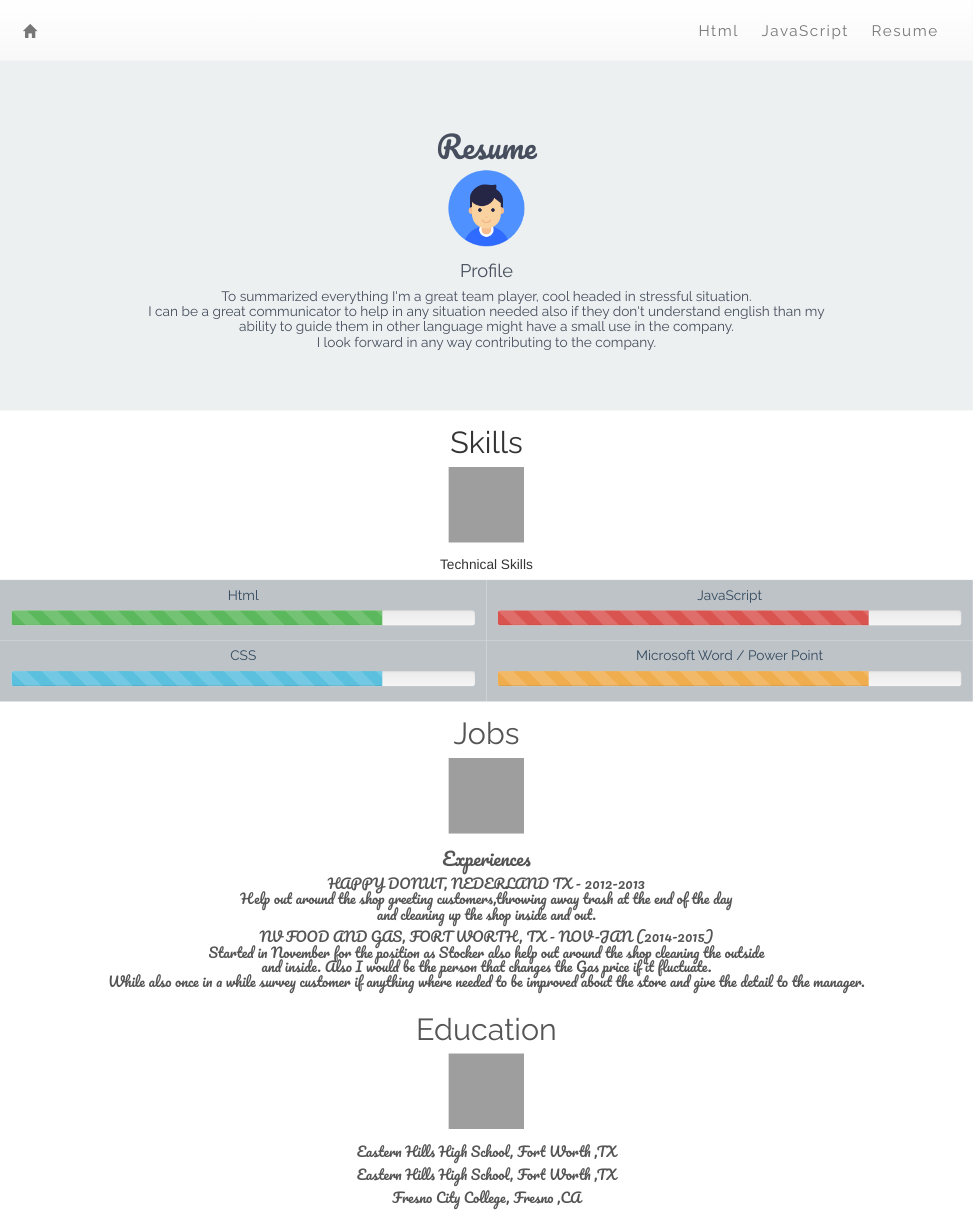
Repository: Milineam6162/workspace
Page: Resume/resume.html
The author's editor kept a record of every edit. The page is drawn from the files as they stood at one moment, then again after the next edit.
The browser window is 1280 px wide. The pictures show the whole page, at 76% of full size.
Pictures or frames that could not be fetched are drawn as grey boxes. Some web libraries are served in a nearby version.

Above is the page before.

### Resume/resume.html
<!DOCTYPE html>
<html>
    <head>
        <title>Home</title>
        <script src="https://ajax.googleapis.com/ajax/libs/jquery/2.1.4/jquery.min.js"></script>
        <link rel="stylesheet" href="resume.css" type="text/css" />
        <link rel="stylesheet" href="https://maxcdn.bootstrapcdn.com/bootstrap/3.3.6/css/bootstrap.min.css" integrity="sha384-1q8mTJOASx8j1Au+a5WDVnPi2lkFfwwEAa8hDDdjZlpLegxhjVME1fgjWPGmkzs7" crossorigin="anonymous">
        <link rel="stylesheet" href="http://maxcdn.bootstrapcdn.com/bootstrap/3.3.5/css/bootstrap.min.css">
        <link rel="stylesheet" href="https://maxcdn.bootstrapcdn.com/bootstrap/3.3.6/css/bootstrap-theme.min.css" integrity="sha384-fLW2N01lMqjakBkx3l/M9EahuwpSfeNvV63J5ezn3uZzapT0u7EYsXMjQV+0En5r" crossorigin="anonymous">
       <link href='https://fonts.googleapis.com/css?family=Raleway' rel='stylesheet' type='text/css'>
        <link href='https://fonts.googleapis.com/css?family=Pacifico' rel='stylesheet' type='text/css'>
        <link href="http://fonts.googleapis.com/css?family=Montserrat" rel="stylesheet">
        <script src="https://maxcdn.bootstrapcdn.com/bootstrap/3.3.6/js/bootstrap.min.js" integrity="sha384-0mSbJDEHialfmuBBQP6A4Qrprq5OVfW37PRR3j5ELqxss1yVqOtnepnHVP9aJ7xS" crossorigin="anonymous"></script>
        <meta name="viewport" content="width=device-width, initial-scale=1">
    </head>
    <body>
        <nav class="nav navbar-default" >
            <div class="container-fluid">
                <div class="navbar-header">
                    <button type="button" class="navbar-toggle" data-toggle="collapse" data-target="#myNavbar">
                        <span class="icon-bar"></span>
                        <span class="icon-bar"></span>
                        <span class="icon-bar"></span>
                    </button>
                    <a class="navbar-brand glyphicon glyphicon-home" href="#"></a>
                </div>
                <div class="collapse navbar-collapse navbar-right" id="myNavbar">
                        <ul class="nav navbar-nav">
                            <li><a href="../Htm/Htm.html">Html</a></li>
                            <li><a href="../Java/java.html">JavaScript</a></li>
                            <li><a href="../Resume/resume.html">Resume</a></li>
                        </ul>
                    </div>
            </div>
        </nav>
<!-- Body Text Content -->
        <div class="container-fluid bg-1 text-center">
          <h2 class="Title">Resume</h2>
          <img class="icons" src="../Img/Icons/person.png" class="img-responsive img-circle " style="display:inline" alt="person" width="100" height="100">
          <h3>Profile</h3>
          <h4 class="">To summarized everything I'm a great team player, cool headed in stressful situation.<br />
          I can be a great communicator to help in any situation needed also if they don't understand english than my <br />
          ability to guide them in other language might have a small use in the company. <br />
          I look forward in any way contributing to the company.
        </div>
        <div class="container-fluid bg-2 text-center">
          <h2 class="title2">Skills</h2>
          <img class="icons" src="https://cdn1.iconfinder.com/data/icons/finance-items/512/idea_lightbulb_light_bulb_creative_concept_solution_creativity_flat_design_icon-512.png" class="img-responsive img-circle " style="display:inline" alt="person" width="100" height="100">
          <h3></h3>
          <h4 class="">Technical Skills</h4>

         <div class="row">
          <div class="col-md-6">
              <h4 class="bartext"> Html </h4>
          <div class="progress">
              <div class="progress-bar progress-bar-success progress-bar-striped" role="progressbar" aria-valuenow="40" aria-valuemin="0" aria-valuemax="100" style="width: 80%">
                <span class="sr-only">80% Complete (success)</span>
              </div>
            </div>
            </div>
             <div class="col-md-6">
              <h4 class="bartext"> JavaScript </h4>
          <div class="progress">
              <div class="progress-bar progress-bar-danger progress-bar-striped" role="progressbar" aria-valuenow="40" aria-valuemin="0" aria-valuemax="100" style="width: 80%">
                <span class="sr-only">80% Complete (success)</span>
              </div>
            </div>
            </div>
        </div>
        <div class="row">
          <div class="col-md-6">
              <h4 class="bartext"> CSS </h4>
          <div class="progress">
              <div class="progress-bar progress-bar-info progress-bar-striped" role="progressbar" aria-valuenow="40" aria-valuemin="0" aria-valuemax="100" style="width: 80%">
                <span class="sr-only">80% Complete (success)</span>
              </div>
            </div>
            </div>
            <div class="col-md-6">
              <h4 class="bartext"> Microsoft Word / Power Point </h4>
          <div class="progress">
              <div class="progress-bar progress-bar-warning progress-bar-striped" role="progressbar" aria-valuenow="40" aria-valuemin="0" aria-valuemax="100" style="width: 80%">
                <span class="sr-only">80% Complete (success)</span>
              </div>
            </div>
            </div>
        </div>
          </div>
        <div class="container-fluid bg-3 text-center">
          <h2 class="title2">Jobs</h2>
          <img class="icons" src="https://cdn4.iconfinder.com/data/icons/marketing-and-business-flat-icons/512/briefcase_work_documents_marketing_business_flat_icon_symbol-512.png" class="img-responsive img-circle " style="display:inline" alt="person" width="100" height="100">
          <h3>Experiences</h3>
          <h4 class="">HAPPY DONUT, NEDERLAND TX - 2012-2013 <br />
                       Help out around the shop greeting customers,throwing away trash at the end of the day <br />
                       and cleaning up the shop inside and out.
          </h4>
          <h4>
              NV FOOD AND GAS, FORT WORTH, TX - NOV-JAN (2014-2015) <br />
              Started in November for the position as Stocker also help out around the shop cleaning the outside <br />
              and inside. Also I would be the person that changes the Gas price if it fluctuate. <br />While also once in a while survey customer if anything where needed to be improved about the store and give the detail to the manager.
          </h4>
        </div>
                <div class="container-fluid bg-3 text-center">
          <h2 class="title2">Education</h2>
          <img class="icons" src="http://www.ernestogbustamante.com/wp-content/uploads/2015/05/Case-Study1.png" class="img-responsive img-circle " style="display:inline" alt="person" width="100" height="100">
          <h3></h3>
          <h4 class="">Eastern Hills High School, Fort Worth ,TX</h4>
          <h4 class="">Eastern Hills High School, Fort Worth ,TX</h4>
          <h4 class="">Fresno City College, Fresno ,CA</h4>
        </div>
    </body>
</html>

### Resume/resume.css
.navbar-default {
    padding-top: 15px;
    padding-bottom: 15px;
    border: 0;
    border-radius: 0;
    margin-bottom: 0;
    font-size: 20px;
    letter-spacing: 2px;
    color: #1abc9c;
    font-family:'Raleway', 'helvetica';
  }
.navbar-nav  li a:hover {
      color: #1abc9c !important;
  }
body {
      font-family:'Raleway', 'helvetica';
      font-size:20px;
      line-height: 1.8;
      color: #f5f6f7;
}
.icons{
        transition-duration: 0.8s;
    transition-property: transform;
    overflow:hidden;
}
.bg-1 {
      background-color: #ecf0f1; /* Green */
      color: #474e5d;
       padding-top: 70px;
      padding-bottom: 70px;
      font-family:'Raleway', 'helvetica';
}
.col-md-6 {
      background-color: #bdc3c7; /* Dark Blue */
      color: #34495e;
      font-family:'Raleway', 'helvetica';

}
.bg-3 {
      background-color: #ffffff; /* White */
      color: #555555;
      font-family:'Pacifico', 'helvetica';
 }
.Title {
    font-family:'Pacifico','helvetica' ;
    font-size:40px;
}
.gif{
    border-radius:10%;
    width:400px;
}
.title2 {
    font-family:'Raleway','helvetica' ;
    font-size:40px;
}

After the next edit:
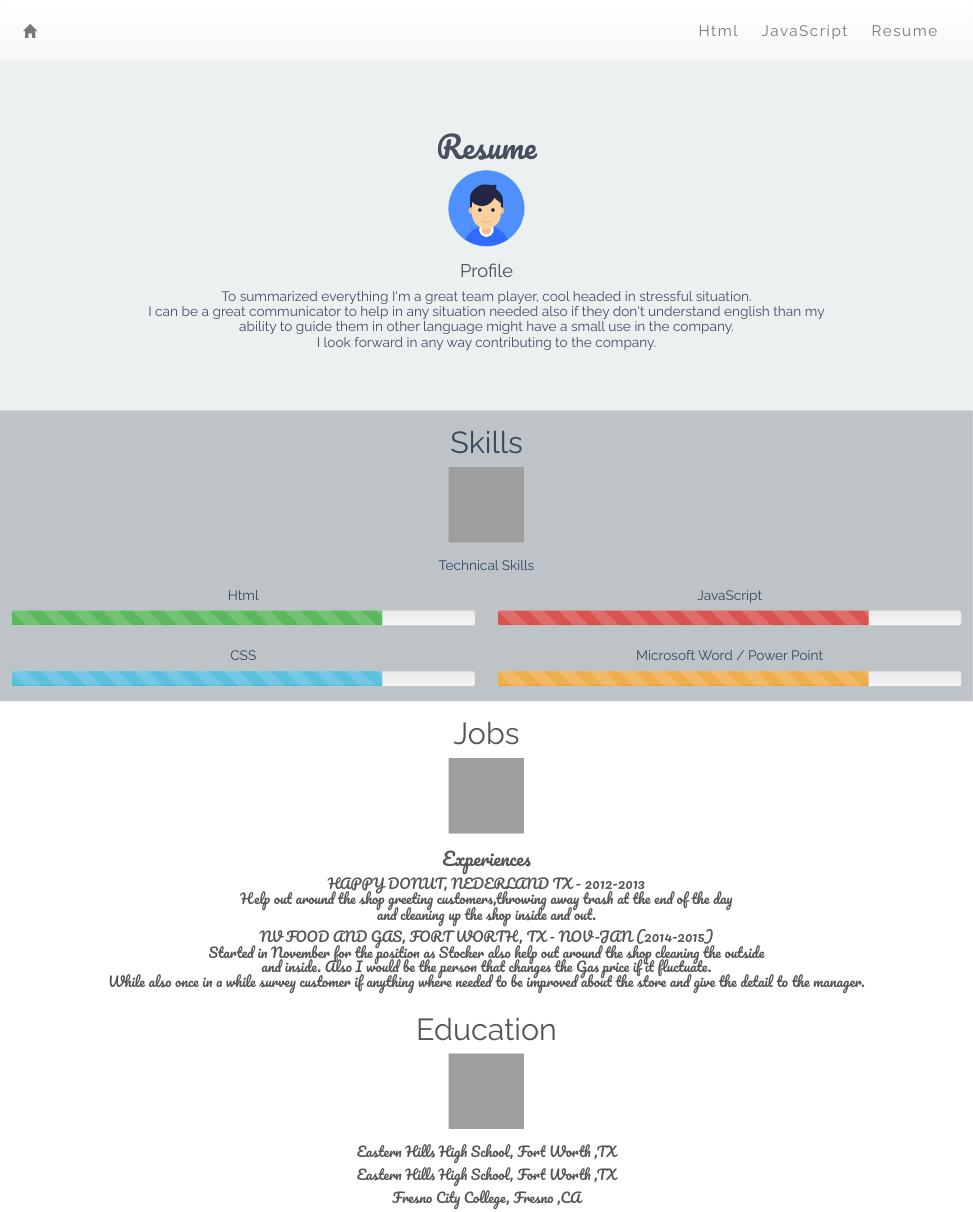
The edit:
--- a/Resume/resume.css
+++ b/Resume/resume.css
@@ -30,7 +30,7 @@
       padding-bottom: 70px;
       font-family:'Raleway', 'helvetica';
 }
-.col-md-6 {
+.bg-2 {
       background-color: #bdc3c7; /* Dark Blue */
       color: #34495e;
       font-family:'Raleway', 'helvetica';
